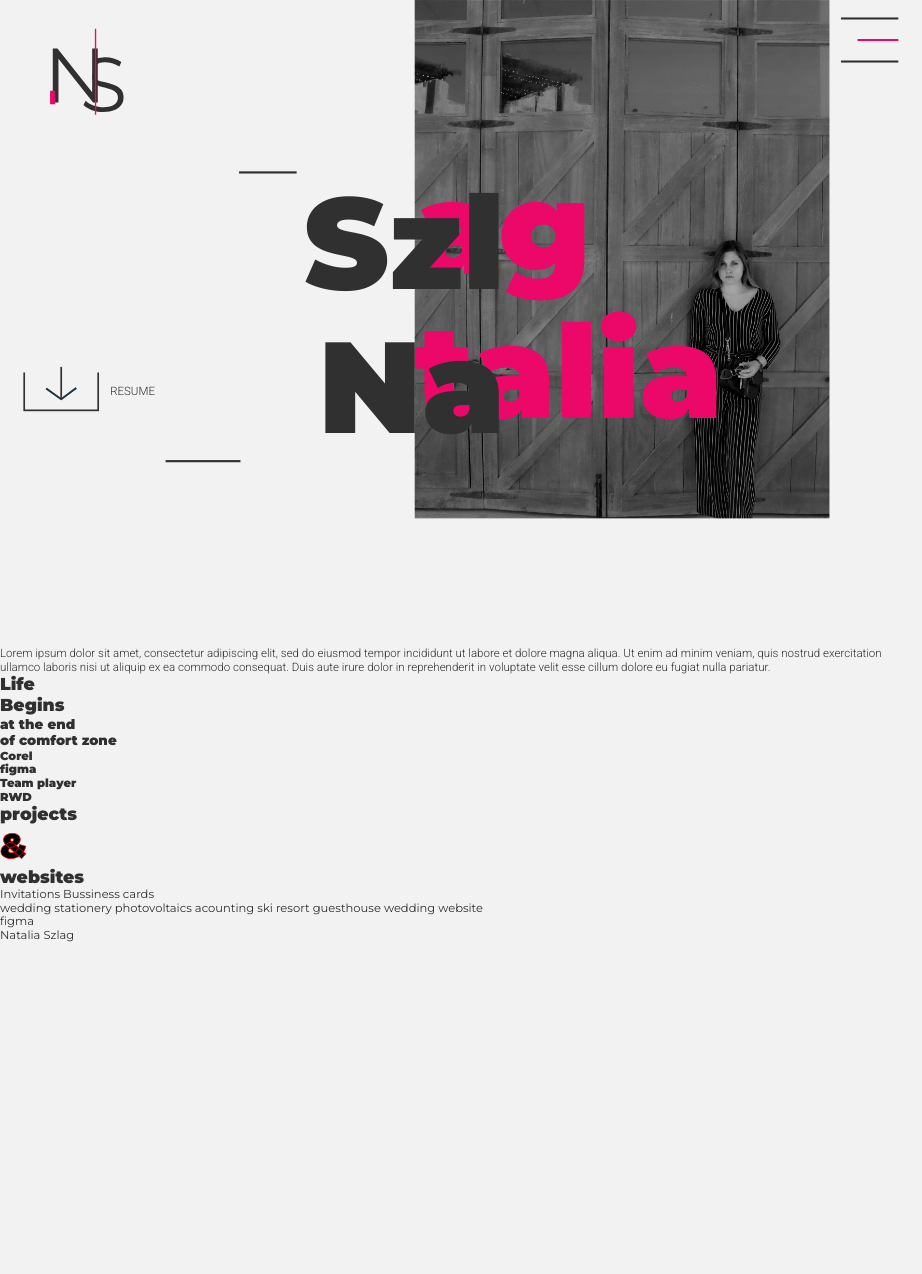
Repository: nataliaszlag/portfolio3
Page: index.html
An editor plug-in stored every save of this project. The page is shown before and after the next save, followed by the edit.
The browser window is 1280 px wide. The pictures show the whole page, at 72% of full size.
The style sheet was rebuilt from its Sass, Less or Tailwind sources for each picture, by a compiler version that may differ from the author's.

Above is the page before, as saved 2020-09-26 20:19:55.

After the next save:
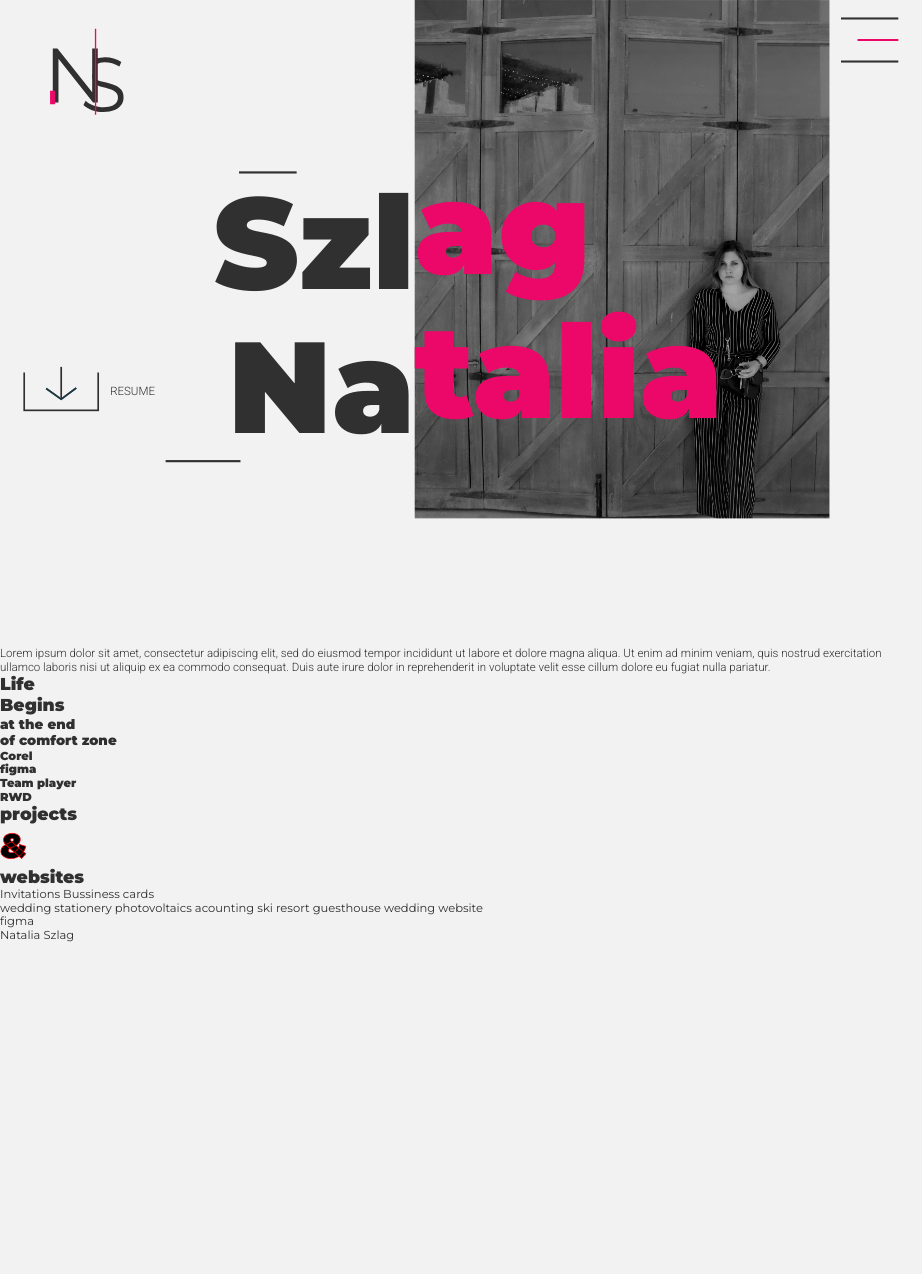
Saved 7 s later.
--- a/scss/style.scss
+++ b/scss/style.scss
@@ -61,7 +61,7 @@ body{
 .h1-name{
     text-align: right;
     position: absolute;
-
+    right: 55%;
     display: inline-block;
     font-weight: 900;
     font-size: 180px;
